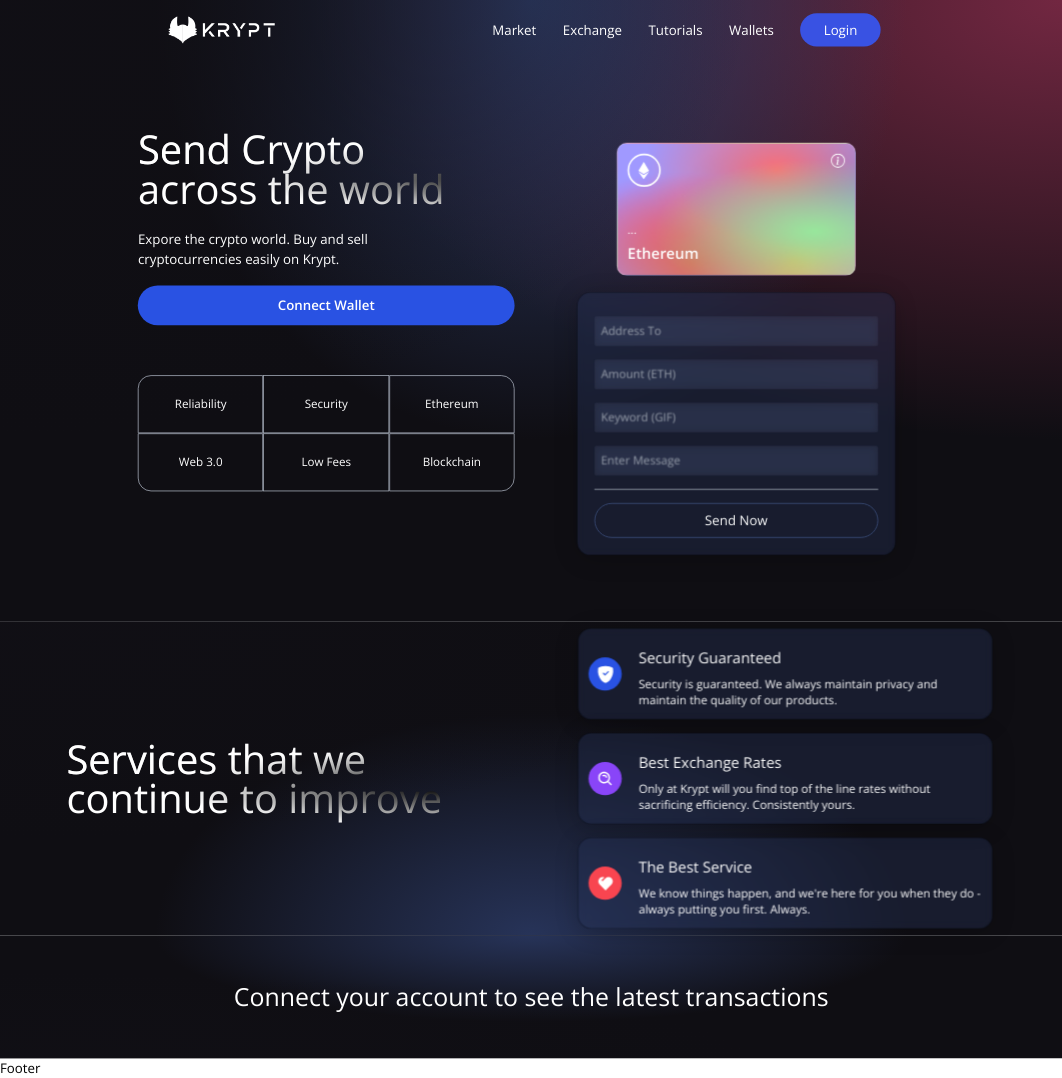
Repository: stephan-chiorean/krypt
Page: / (app in client/)
An editor plug-in stored every save of this project. The page is shown before and after the next save, followed by the edit.
The browser window is 1280 px wide. The pictures show the whole page, at 83% of full size.
The project was rebuilt for these pictures with package versions that can differ from the ones it lists, and the page was loaded fresh each time. Also part of the build but not shown: client/vite.config.js, client/src/components/Loader.jsx.

Above is the page before, as saved 2023-03-29 20:45:29.

### client/src/main.jsx
import React from 'react'
import ReactDOM from 'react-dom/client'
import App from './App'
import {TransactionProvider} from './context/TransactionContext';
import './index.css'

ReactDOM.createRoot(document.getElementById('root')).render(
  <TransactionProvider>
  <React.StrictMode>
    <App />
  </React.StrictMode>
  </TransactionProvider>,
)

### client/src/App.jsx
import {Navbar, Welcome, Footer, Services, Transactions} from './components';

const App = () => {

  return (
    <div className="min-h-screen">
      <div className="gradient-bg-welcome">
        <Navbar/>
        <Welcome/>
      </div>
      <Services/>
      <Transactions/>
      <Footer/>
    </div>
  )
}

export default App

### client/src/context/TransactionContext.jsx
import React, { useState, useEffect } from 'react';
import * as ethers from 'ethers';
import { contractABI, contractAddress } from '../utils/constants';
import toast from 'react-hot-toast';

export const TransactionContext = React.createContext();

const { ethereum } = window;

const getEthereumContract = () => {
    console.log(ethers)
  const provider = new ethers.providers.Web3Provider(ethereum);
  const signer = provider.getSigner();
  const transactionContract = new ethers.Contract(
    contractAddress,
    contractABI,
    signer
  );

  return transactionContract;

//   console.log({
//     provider,
//     signer,
//     transactionContract,
//   });
};

export const TransactionProvider = ({ children }) => {
  const [connectedAccount, setConnectedAccount] = useState('');
  const [formData, setFormData] = useState({ addressTo: '', amount: 0, keyword: '', message: ''});
  const [isLoading, setIsLoading] = useState(false);
  const [transactionCount, setTransactionCount] = useState(localStorage.getItem('transactionCount'));

  const handleChange = (e, name) => {
    setFormData((prevState) => ({...prevState, [name]: e.target.value}));
  }

  const checkIfWalletIsConnected = async () => {
    try {
      if (!ethereum) return alert('Please install metamask');

      const accounts = await ethereum.request({ method: 'eth_accounts' });
      if (accounts.length) {
        setConnectedAccount(accounts[0]);
      } else {
        console.log('No accounts found');
      }
      console.log(accounts);
    } catch (err) {
      console.error(err);
      throw new Error('No ethereum object');
    }
  };
  const disconnectWallet = async () => {
    setConnectedAccount('')
    console.log('DISCONNECTED');
    window.location.reload();
  }

  const connectWallet = async () => {
    try {
      if (!ethereum) return alert('Please install metamask');

      // Display loading toast
      const loadingToast = toast.loading('Connecting...');

      const accounts = await ethereum.request({
        method: 'eth_requestAccounts',
      });

      setConnectedAccount(accounts[0]);
      console.log('CONNECTED', connectedAccount);

      // Dismiss loading toast and show a success toast
      toast.dismiss(loadingToast);
      toast.success('Connected successfully');
    } catch (err) {
      console.error(err);
      // Dismiss loading toast and show an error toast
      toast.dismiss(loadingToast);
      toast.error('Error connecting to wallet');
      throw new Error('No ethereum object.');
    }
  };


  const sendTransaction = async() => {
    try {
        if(!ethereum) return alert("Please install metamask");
        const {addressTo, amount, keyword, message} = formData;
        const transactionContract = getEthereumContract();
        const parsedAmount = ethers.utils.parseEther(amount);

        await ethereum.request({
            method: 'eth_sendTransaction',
            params: [{
                from: connectedAccount,
                to: addressTo,
                gas: '0x5208', //21000 gwei
                value: parsedAmount._hex,
            }]
        })

        const transactionHash = await transactionContract.addToBlockchain(addressTo, parsedAmount, message, keyword);
        setIsLoading(true);
        console.log(`Loading - ${transactionHash.hash}`);
        await transactionHash.wait();
        setIsLoading(false);
        console.log(`Success - ${transactionHash.hash}`)

        const transactionCount = await transactionContract.getTransactionCount();
        setTransactionCount(transactionCount.toNumber())


    } catch(err) {
        console.error(err);
    }
  }

  useEffect(() => {
    // checkIfWalletIsConnected();
    console.log("PRINT WHEN LOAD", connectedAccount)
  }, [connectedAccount]);
  return (
    <TransactionContext.Provider value={{ connectWallet, connectedAccount, formData, setFormData, handleChange, sendTransaction, disconnectWallet }}>
      {children}
    </TransactionContext.Provider>
  );
};

### client/src/components/index.js
export {default as Loader} from './Loader';
export {default as Navbar} from './Navbar';
export {default as Footer} from './Footer';
export {default as Welcome} from './Welcome';
export {default as Transactions} from './Transactions';
export {default as Services} from './Services';

### client/src/utils/constants.js
import abi from './Transactions.json';

export const contractABI = abi.abi;
export const contractAddress = '0x48d319b761e733246BF575C86d399bB8EDdA6dEf';

### client/src/components/Navbar.jsx
import { HiMenuAlt4 } from 'react-icons/hi';
import { AiOutlineClose } from 'react-icons/ai';
import { useState } from 'react';
import { useContext } from 'react';
import logo from '../../images/logo.png';
import { TransactionContext } from '../context/TransactionContext';

const NavbarItem = ({ title, classProps }) => {
  return <li className={`mx-4 cursor-pointer ${classProps}`}>{title}</li>;
};
export default () => {
  const [toggleMenu, setToggleMenu] = useState(false);
  const {disconnectWallet, connectedAccount} = useContext(TransactionContext);
  return (
    <nav className='w-full flex md:justify-center justify-between items-center p-4'>
      <div className='md:flex-[0.5] flex-initial justify-center items-center'>
        <img src={logo} alt='logo' className='w-32 cursor-pointer' />
      </div>
      <ul className='text-white md:flex hidden list-none flex-row justify-between items-center flex-initial'>
        {['Market', 'Exchange', 'Tutorials', 'Wallets'].map((item, index) => (
          <NavbarItem key={item + index} title={item} />
        ))}
        <li onClick={disconnectWallet} className='bg-[#3952e3] py-2 px-7 mx-4 rounded-full cursor-pointer hover:bg-[#2546bd]'>
          {connectedAccount ? "Sign Out" : "Login"}
        </li>
      </ul>
      <div className='flex relative'>
        {toggleMenu ? (
          <AiOutlineClose
            fontSize={28}
            className='text-white md:hidden cursor-pointer'
            onClick={() => setToggleMenu(false)}
          />
        ) : (
          <HiMenuAlt4
            fontSize={28}
            className='text-white md:hidden cursor-pointer'
            onClick={() => setToggleMenu(true)}
          />
        )}
        {toggleMenu && (
          <ul className="z-10 fixed top-0 -right-2 p-3 w-[70vw] h-screen shadow-2xl md:hidden list-none flex flex-col justify-start items-end rounded-md blue-glassmorphism text-white animate-slide-in">
            <li className='text-xl w-full my-2'>
              <AiOutlineClose onClick={() => setToggleMenu(false)} className="cursor-pointer"/>
            </li>
            {['Market', 'Exchange', 'Tutorials', 'Wallets'].map(
              (item, index) => (
                <NavbarItem key={item + index} title={item} classProps="my-2 text-lg"/>
              )
            )}
          </ul>
        )}
      </div>
    </nav>
  );
};

### client/src/components/Footer.jsx
import React from 'react'

export default() => {
  return (
    <div>Footer</div>
  )
}

### client/src/components/Welcome.jsx
import { AiFillPlayCircle } from 'react-icons/ai';
import { SiEthereum } from 'react-icons/si';
import { BsInfoCircle } from 'react-icons/bs';
import { TransactionContext } from '../context/TransactionContext';
import React, { useContext } from 'react';
import { Loader } from './';
import {Toaster} from 'react-hot-toast';
import { shortenAddress } from '../utils/shortenAddress';
const commonStyles =
  'min-h-[70px] sm:px-0 px-2 sm:min-w-[120px] flex justify-center items-center border-[0.5px] border-gray-400 text-sm font-light text-white';

const Input = ({ placeholder, name, type, value, handleChange }) => (
  <input
    placeholder={placeholder}
    type={type}
    step='0.0001'
    value={value}
    onChange={(e) => handleChange(e, name)}
    className='my-2 w-full rounded-sm p-2 outline-none text-white border-none text-sm white-glassmorphism'
  />
);
export default () => {
  const {
    connectWallet,
    connectedAccount,
    formData,
    sendTransaction,
    handleChange,
    disconnectWallet,
  } = useContext(TransactionContext);
  const handleSubmit = (e) => {
    const { addressTo, amount, keyword, message } = formData;
    e.preventDefault();

    if (!addressTo || !amount || !keyword || !message) return;
    sendTransaction();
  };
  return (
    <div className='flex w-full justify-center items-center'>
      <Toaster/>
      <div className='flex md:flex-row flex-col items-start justify-between md:p-20 py-12 px-4'>
        <div className='flex flex-1 justify-start flex-col md:mr-10'>
          <h1 className='text-3xl sm:text-5xl text-white text-gradient py-1'>
            Send Crypto <br /> across the world
          </h1>
          <p className='text-left mt-5 text-white font-light md:w-9/12 w-11/12 text-base'>
            Expore the crypto world. Buy and sell cryptocurrencies easily on
            Krypt.
          </p>
          {!connectedAccount && (
            <button
              type='button'
              onClick={connectWallet}
              className='flex flex-row justify-center items-center my-5 bg-[#2952e3] p-3 rounded-full cursor-pointer hover:bg-[#2546bd]'
            >
              <p className='text-white text-base font-semibold'>
                Connect Wallet
              </p>
            </button>
          )}

          <div className='grid sm:grid-cols-3 grid-cols-2 w-full mt-10'>
            <div className={`rounded-tl-2xl ${commonStyles}`}>Reliability</div>
            <div className={commonStyles}>Security</div>
            <div className={`sm:rounded-tr-2xl ${commonStyles}`}>Ethereum</div>
            <div className={`sm:rounded-bl-2xl ${commonStyles}`}>Web 3.0</div>
            <div className={commonStyles}>Low Fees</div>
            <div className={`rounded-br-2xl ${commonStyles}`}>Blockchain</div>
          </div>
        </div>

        <div className='flex flex-col flex-1 items-center justify-start w-full md:mt-0 mt-10'>
          <div className='p-3 justify-end items-start flex-col rounded-xl h-40 sm:w-72 w-full my-5 eth-card white-glassmorphism'>
            <div className='flex justify-between flex-col w-full h-full'>
              <div className='flex justify-between items-start'>
                <div className='w-10 h-10 rounded-full border-2 border-white flex justify-center items-center'>
                  <SiEthereum fontSize={21} color='#fff' />
                </div>
                <BsInfoCircle fontSize={17} color='#fff' />
              </div>
              <div>
                <p className='text-white font-light text-sm'>
                  {shortenAddress(connectedAccount)}
                </p>
                <p className='text-white font-semibold text-lg mt-1'>
                  Ethereum
                </p>
              </div>
            </div>
          </div>

          <div className='p-5 sm:w-96 w-full flex flex-col justify-start items-center blue-glassmorphism'>
            <Input
              placeholder='Address To'
              name='addressTo'
              type='text'
              handleChange={handleChange}
            />
            <Input
              placeholder='Amount (ETH)'
              name='amount'
              type='number'
              handleChange={handleChange}
            />
            <Input
              placeholder='Keyword (GIF)'
              name='keyword'
              type='text'
              handleChange={handleChange}
            />
            <Input
              placeholder='Enter Message'
              name='message'
              type='text'
              handleChange={handleChange}
            />
            <div className='h-[1px] w-full bg-gray-400 my-2' />
            {false ? (
              <Loader />
            ) : (
              <button
                type='submit'
                onClick={handleSubmit}
                className='text-white w-full mt-2 border-[1px] p-2 border-[#3d4f7c] rounded-full cursor-pointer'
              >
                Send Now
              </button>
            )}
          </div>
        </div>
      </div>
    </div>
  );
};

### client/src/components/Transactions.jsx
import React from 'react'
import { useContext } from 'react';
import { TransactionContext } from '../context/TransactionContext';
import dummyData from '../utils/dummyData';
import { shortenAddress } from '../utils/shortenAddress';

export default() => {
  const {connectedAccount} = useContext(TransactionContext);
  return (
    <div className="flex w-full justify-center items-center 2xl:px-20 gradient-bg-transactions">
      <div className="flex flex-col md:p-12 py-12 px-4">
        {connectedAccount ? (
          <h3 className="text-white text-3xl text-center my-2">Latest Transactions</h3>
        ) : (
          <h3 className="text-white text-3xl text-center my-2">Connect your account to see the latest transactions</h3>
        )}
        {/* Latest Transactions */}
        {/* Connect your account to see latest transactions */}

      </div>
    </div>
  )
}

### client/src/components/Services.jsx
import React from 'react';
import { BsShieldFillCheck } from 'react-icons/bs';
import { BiSearchAlt } from 'react-icons/bi';
import { RiHeart2Fill } from 'react-icons/ri';

const ServiceCard = ({color, title, icon, subtitle}) => (
  <div className='flex flex-row md:w-[500px] justify-start items-center p-3 m-2 cursor-pointer blue-glassmorphism'>
    <div className={`w-10 h-10 rounded-full flex justify-center items-center ${color}`}>
      {icon}
    </div>
    <div className="ml-5 flex flex-col flex-1">
      <h1 className="mt-2 text-white text-lg">{title}</h1>
      <p className="mt-2 text-white text-sm">{subtitle}</p>
    </div>
  </div>
);
export default () => {
  return (
    <div className='flex flex-col md:flex-row w-full justify-center items-center gradient-bg-services'>
      <div className='flex md:flex-row flex-col items-center justify-between md:p-20 py-12 px-4'>
        <div className='flex-1 flex flex-col justify-start items-start'>
          <h1 className='text-white text-3xl sm:text-5xl py-2 text-gradient'>
            Services that we
            <br />
            continue to improve
          </h1>
        </div>
      </div>
      <div className='flex-1 flex flex-col justify-start items-center'>
        <ServiceCard
          color='bg-[#2952e3]'
          title='Security Guaranteed'
          icon={<BsShieldFillCheck fontSize={21} className='text-white' />}
          subtitle="Security is guaranteed. We always maintain privacy and maintain the quality of our products."
        />
        <ServiceCard
          color='bg-[#8945f8]'
          title='Best Exchange Rates'
          icon={<BiSearchAlt fontSize={21} className='text-white' />}
          subtitle="Only at Krypt will you find top of the line rates without sacrificing efficiency. Consistently yours."
        />
        <ServiceCard
          color='bg-[#f84550]'
          title='The Best Service'
          icon={<RiHeart2Fill fontSize={21} className='text-white' />}
          subtitle="We know things happen, and we're here for you when they do - always putting you first. Always."
        />
      </div>
    </div>
  );
};

### client/src/utils/shortenAddress.js
export const shortenAddress = (address) => `${address.slice(0,6)}...${address.slice(address.length-4)}`

### client/src/utils/dummyData.js
export default [
    {
      id: 1,
      url: "https://metro.co.uk/wp-content/uploads/2015/05/pokemon_crying.gif?quality=90&strip=all&zoom=1&resize=500%2C284",
      message: "",
      timestamp: "12/21/2021, 4:33:21 PM",
      addressFrom: "0xCF8e569A97C423952DdFf902375C7C76549A6A90",
      amount: "0.01",
      addressTo: "0x8aa395Ab97837576aF9cd6946C79024ef1acfdbE",
    },
    {
      id: 2,
      url: "https://media4.popsugar-assets.com/files/2013/11/07/832/n/1922398/eb7a69a76543358d_28.gif",
      message: "",
      timestamp: "12/21/2021, 4:33:21 PM",
      addressFrom: "0xCF8e569A97C423952DdFf902375C7C76549A6A90",
      amount: "0.01",
      addressTo: "0x8aa395Ab97837576aF9cd6946C79024ef1acfdbE",
    },
    {
      id: 3,
      url: "https://acegif.com/wp-content/uploads/gif-shaking-head-38.gif",
      message: "",
      timestamp: "12/21/2021, 4:33:21 PM",
      addressFrom: "0xCF8e569A97C423952DdFf902375C7C76549A6A90",
      amount: "0.01",
      addressTo: "0x8aa395Ab97837576aF9cd6946C79024ef1acfdbE",
    },
    {
      id: 4,
      url: "https://i.pinimg.com/originals/68/a0/9e/68a09e774e98242871c2db0f99307420.gif",
      message: "",
      timestamp: "12/21/2021, 4:33:21 PM",
      addressFrom: "0xCF8e569A97C423952DdFf902375C7C76549A6A90",
      amount: "0.01",
      addressTo: "0x8aa395Ab97837576aF9cd6946C79024ef1acfdbE",
    },
    {
      id: 5,
      url: "https://i.pinimg.com/originals/73/d3/a1/73d3a14d212314ab1f7268b71d639c15.gif",
      message: "",
      timestamp: "12/21/2021, 4:33:21 PM",
      addressFrom: "0xCF8e569A97C423952DdFf902375C7C76549A6A90",
      amount: "0.01",
      addressTo: "0x8aa395Ab97837576aF9cd6946C79024ef1acfdbE",
    },
    {
      id: 6,
      url: "https://www.omnisend.com/blog/wp-content/uploads/2016/09/funny-gifs-9.gif",
      message: "",
      timestamp: "12/21/2021, 4:33:21 PM",
      addressFrom: "0xCF8e569A97C423952DdFf902375C7C76549A6A90",
      amount: "0.01",
      addressTo: "0x8aa395Ab97837576aF9cd6946C79024ef1acfdbE",
    },
  ];

Loaded but not shown: client/index.html (common file); client/src/index.css (common file); client/tailwind.config.js (common file); client/src/utils/Transactions.json (140 lines, source omitted)

After the next save:
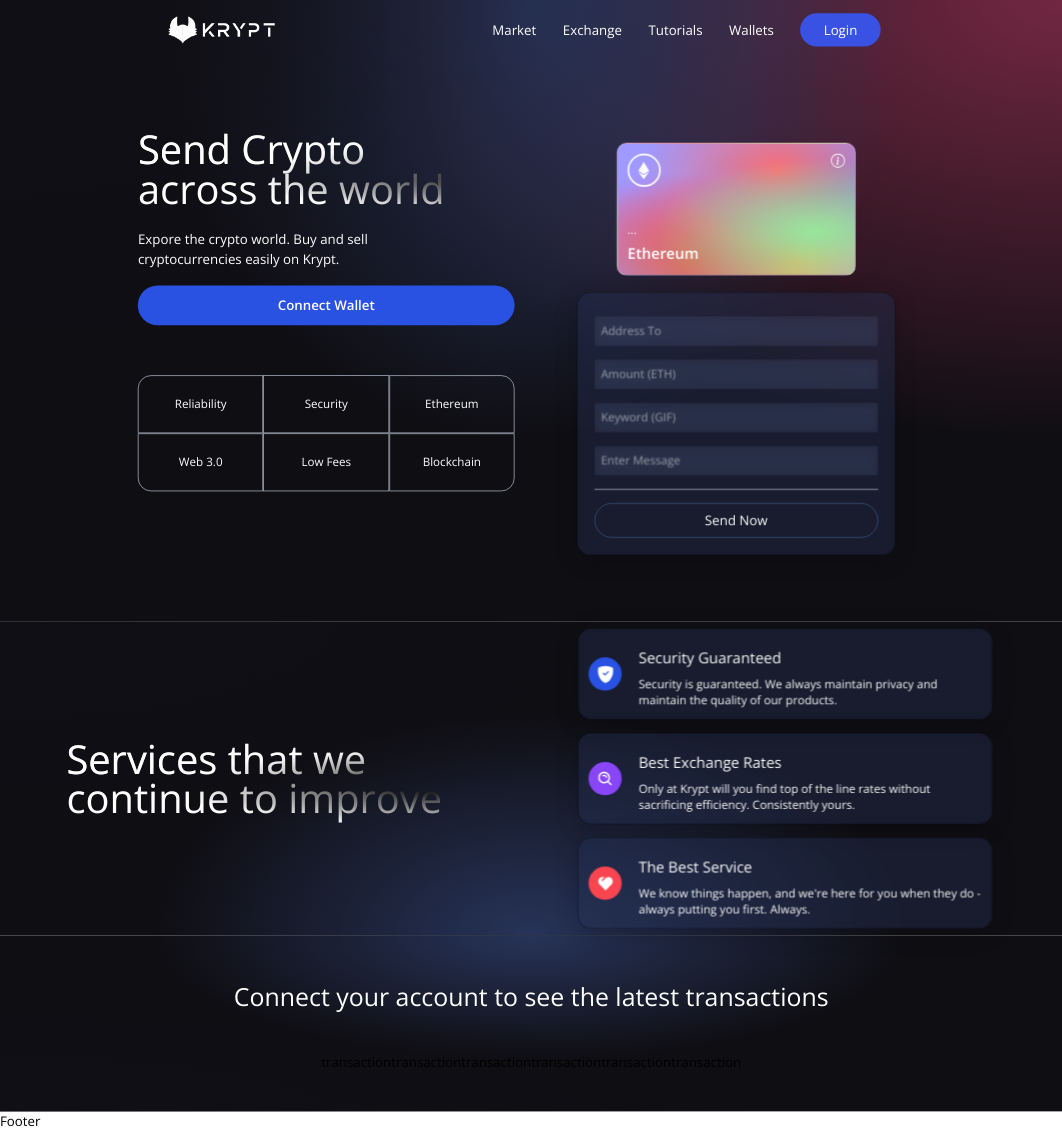
Saved 3 min 27 s later.
--- a/client/src/components/Transactions.jsx
+++ b/client/src/components/Transactions.jsx
@@ -3,7 +3,10 @@ import { useContext } from 'react';
 import { TransactionContext } from '../context/TransactionContext';
 import dummyData from '../utils/dummyData';
 import { shortenAddress } from '../utils/shortenAddress';
+const TransactionCard = ({addressTo, addressFrom, timestamp, message, keyword, amount, url}) => (
+  <div>transaction</div>
 
+)
 export default() => {
   const {connectedAccount} = useContext(TransactionContext);
   return (
@@ -14,6 +17,11 @@ export default() => {
         ) : (
           <h3 className="text-white text-3xl text-center my-2">Connect your account to see the latest transactions</h3>
         )}
+        <div className="flex flex-wrap justify-center items-center mt-10">
+        {dummyData.reverse().map((transaction,index) => (
+          <TransactionCard key={index} {...transaction} />
+        ))}
+        </div>
         {/* Latest Transactions */}
         {/* Connect your account to see latest transactions */}
 
